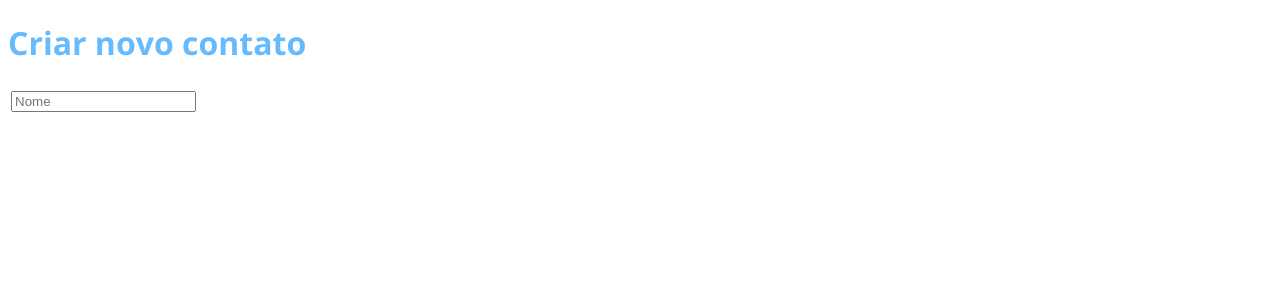
Repository: evanalves/Agenda-JDBC
Page: agenda/src/main/webapp/novo.html
These files come from the project's save history. The page is drawn as it stood at one moment and after the next save; the edit follows.
The browser window is 1280 px wide. The pictures show the whole page.

Above is the page before, as saved 2023-08-20 12:15:51.

After the next save:
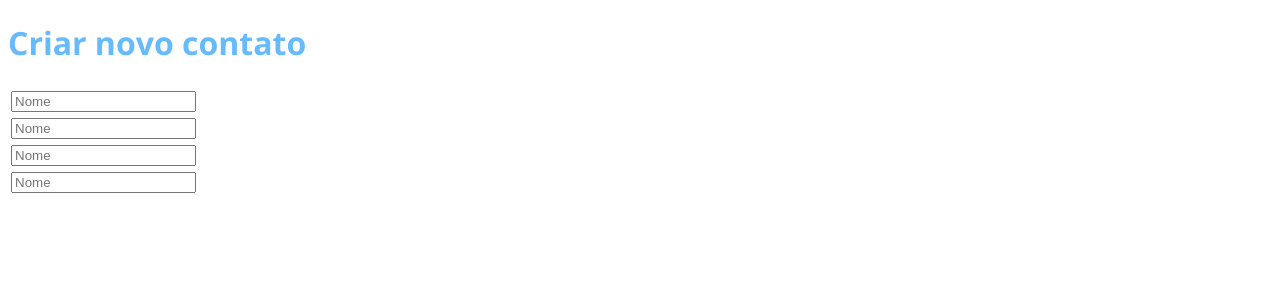
Saved 46 s later.
--- a/agenda/src/main/webapp/novo.html
+++ b/agenda/src/main/webapp/novo.html
@@ -12,11 +12,13 @@
 		<table>
 			<tr>
 				<td><input type="text" name="nome" placeholder="Nome"></td>
-
 			</tr>
 			<tr>
+			<td><input type="text" name="nome" placeholder="Nome"></td>
 			</tr>
+			<td><input type="text" name="nome" placeholder="Nome"></td>
 			<tr>
+			<td><input type="text" name="nome" placeholder="Nome"></td>
 			</tr>
 		</table>
 	</form>
